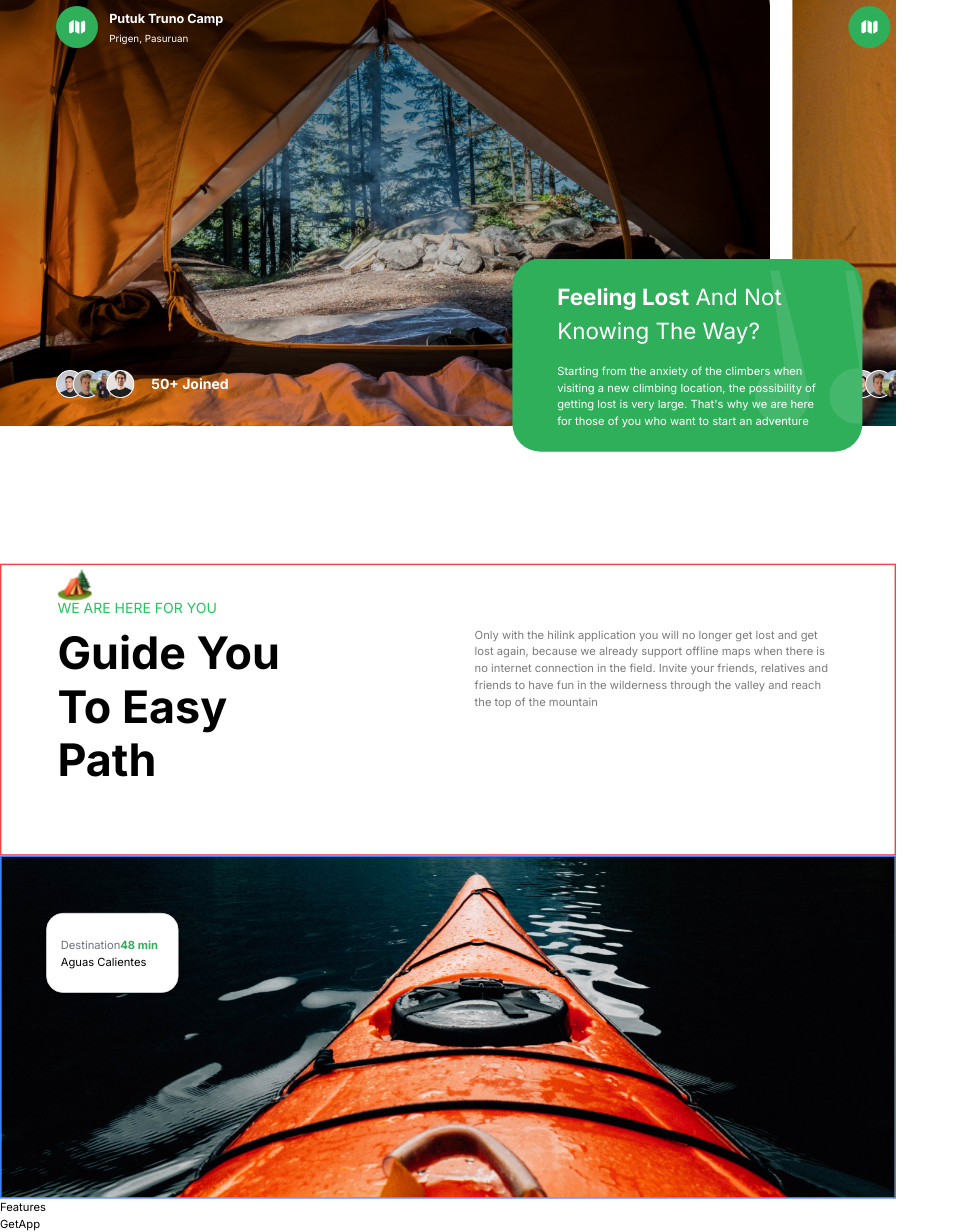
Repository: abdulrahmanmahmood/Travel-App
Page: /
The author's editor kept a copy of each file at every save. The page is drawn from the files as they stood at one save, then again after a run of saves.
The browser window is 1280 px wide. The page is 1392 px wide, so the pictures cover 1392 px, including what lies to the right of the window. The pictures show the part of the page from y = 966 to 2726 px (the page is 2726 px tall), at 70% of full size.
The project was rebuilt for these pictures with package versions that can differ from the ones it lists, and the page was loaded fresh each time. The framework's server and built-in components were replaced by stand-ins that run in the browser. Also part of the build but not shown: next.config.js.

Above is the page before, as saved 2023-11-08 11:10:32.

### app/layout.tsx
import './globals.css'
import type { Metadata } from 'next';
import './globals.css'
import Navbar from '@/components/Navbar';


export const metadata: Metadata = {
  title: 'Travel',
  description: 'Travel UI/UX App for camping',
}

export default function RootLayout({
  children,
}: {
  children: React.ReactNode
}) {
  return (
    <html lang="en">
      <body >
        <Navbar/>
        {children}
      </body>
    </html>
  )
}

### app/page.tsx
import Features from "@/components/Features"
import GetApp from "@/components/GetApp"
import Guide from "@/components/Guide"
import Hero from "@/components/Hero"
import Camp from "@/components/camp"

export default function Home() {
  return (
    <>
    <Hero/>
    <Camp/>
    <Guide/>
    <Features/>
    <GetApp/>
 </>
  )
}

### components/Navbar.tsx
import { NAV_LINKS } from "@/constants";
import Image from "next/image";
import Link from "next/link";
import Button from "./Button";

const Navbar = () => {
  return (
    <nav
      className=" flexBetween max-container padding-container relative z-30
    py-5"
    >
      <Link href="/">
        <Image src="/hilink-logo.svg" alt="logo" width={74} height={28} />
      </Link>
      <ul className="hidden h-full gap-12 lg:flex">
        {NAV_LINKS.map((link) => (
          <Link
            href={link.href}
            key={link.key}
            className="regular-16 text-gray-50 flexCenter cursor-pointer pb-1.5 transition-all hover:font-bold"
          >
            {link.label}
          </Link>
        ))}
      </ul>
      <div className="lg:flexCenter  hidden ">
        <Button
          type="button"
          title="Login"
          icon="/user.svg"
          variant="btn_dark_green"
        />
      </div>
      <Image
        src="/menu.svg"
        alt="menu"
        width={32}
        height={32}
        className="inline-block cursor-pointer lg:hidden"
      />
    </nav>
  );
};

export default Navbar;

### components/Features.tsx


function Features() {
  return (
    <div>Features</div>
  )
}

export default Features

### components/GetApp.tsx


function GetApp() {
  return (
    <div>GetApp</div>
  )
}

export default GetApp

### components/Guide.tsx
import Image from "next/image";

function Guide() {
  return (
    <section className="flexCenter flex-col">
      <div className="border-2 border-red-500 padding-container max-container w-full pb-24  ">
        <Image src="/camp.svg" alt="camp" width={50} height={50} />
        <p className="uppercase text-xl bold text-green-500 -mt-1 mb-3 ">
          WE ARE here FOR YOU
        </p>
        <div className="flex flex-wrap justify-between gap-5 lg:gap-10">
          <h2 className="capitalize  bold-40 lg:bold-64 xl:max-w-[390px]">
            Guide You to Easy Path
          </h2>
          <p className=" regular-16 text-gray-30 xl:max-w-[520px]">
            Only with the hilink application you will no longer get lost and get
            lost again, because we already support offline maps when there is no
            internet connection in the field. Invite your friends, relatives and
            friends to have fun in the wilderness through the valley and reach
            the top of the mountain
          </p>
        </div>
      </div>
      <div className=" flexCenter max-container relative w-full border-2 border-blue-500 ">
        <Image
          src="/boat.png"
          alt="image"
          width={1440}
          height={580}
          className="w-full object-cover object-center 2xl:rounded-5"
        />
        <div className="absolute flex bg-white py-8 pl-5 pr-7 gap-3 rounded-3xl border shadow-md md:left-[5%] lg:top-20">
          <div className="flexBetween flex-col ">
            <div className="flex w-full flex-col">
              <div className="flexBetween w-full ">
                <p className="regular-16 text-gray-500">Destination</p>
                <p className="bold-16 text-green-50">48 min</p>
              </div>
              <p className="">Aguas Calientes</p>
            </div>
          </div>
        </div>
      </div>
    </section>
  );
}

export default Guide;

### components/Hero.tsx
import Image from "next/image";
import Button from "./Button";

function Hero() {
  return (
    <section
      className="max-container padding-container flex flex-col gap-20
    py-10 pb-32 md:gap-27 lg:py-20  xl:flex-row"
    >
      <div className="hero-map" />
      {/* LEFT */}
      <div className="relative z-20 flex flex-1 flex-col xl:w-1/2">
        <Image
          src="/camp.svg"
          alt="camp"
          width={50}
          height={50}
          className="absolute left-[-5px] top-[-30px] w-10 lg:w-[50px]"
        />
        <h1 className="bold-52 lg:bold-88">Putuk Truno Camp Area</h1>
        <p className="regular-16 mt-6 text-gray-30 xl:max-w-[520px]">
          We want to be on each of your journeys seeking the satisfaction of
          seeing the incorruptible beauty of nature. We can help you on an
          adventure around the world in just one app
        </p>
        <div className="my-11 flex flex-wrap gap-5">
          <div className="flex items-center gap-2">
            {Array(5)
              .fill(1)
              .map((_, index) => (
                <Image
                  key={index}
                  src="/star.svg"
                  alt="star"
                  width={24}
                  height={24}
                />
              ))}
          </div>
          <p className="bold-16 lg:bold-20 text-blue-70">
            198k
            <span className="regular-16 lg:regular-20 ml-1 ">
              Excellent Reviews
            </span>
          </p>
        </div>
        <div className="flex flex-col w-full gap-3 sm:flex-row">
          <Button
            type={"button"}
            title={"Download App"}
            variant={"btn_green"}
          />
          <Button
            type={"button"}
            title={"How we work?"}
            variant={"btn_white_text"}
            icon="/play.svg"
          />
        </div>
      </div>
      <div className="relative flex flex-1 items-start ">
        <div className="relative z-20 w-[268px] flex-col gap-8 rounded-3xl bg-green-90 px-7 py-8">


          <div className="fle flex-col">

            <div className="flexBetween">
              <p className="regular-16 text-gray-20">Location</p>
              <Image src="/close.svg" alt="close" width={24} height={24} />
            </div>
            <p className="bold-20 text-white">Aguas Calientes</p>


          </div>


          <div className="flexBetween  pt-4">
            <div className="flex flex-col">
              <p className="regular-16 block text-gray-20">Distance</p>
              <p className="bold-20 text-white">173.28 mi</p>
            </div>
            <div className="flex flex-col">
              <p className="regular-16 block text-gray-20">Elevation</p>
              <p className="bold-20 text-white">2.040 km</p>
            </div>
          </div>
        </div>
      </div>
    </section>
  );
}

export default Hero;

### components/camp.tsx
import { PEOPLE_URL } from "@/constants";
import Image from "next/image";
import { type } from "os";

interface CampProps {
  backgroundImage: string;
  title: string;
  subtitle: string;
  peoplejoined: string;
}

const CampSite = ({
  backgroundImage,
  title,
  subtitle,
  peoplejoined,
}: CampProps) => {
  return (
    <div
      className={`h-full w-full min-w-[1100px] ${backgroundImage} bg-cover bg-no-repeat lg:rounded-r-5xl 2xl:rounded-5xl `}
    >
      <div className="flex h-full flex-col items-start justify-between p-6 lg:px-20 lg:py-10 ">
        <div className=" flexCenter gap-4">
          <div className="rounded-full bg-green-50 p-4">
            <Image src="/folded-map.svg" alt="folded" height={28} width={28} />
          </div>
          <div className="flex flex-col gap-1">
            <h4 className="bold-18 text-white">{title}</h4>
            <p className="regular-14 text-white">{subtitle}</p>
          </div>
        </div>
        <div className="flexCenter gap-6 ">
          <span className="flex -space-x-4 overflow-hidden">
            {PEOPLE_URL.map((url, index) => (
              <Image
                src={url}
                key={index}
                height={53}
                width={53}
                alt="alt"
                className="inline-block h-10 w-10 r-4"
              />
            ))}
          </span>
          <p className="bold-16 md:bold-20 text-white">{peoplejoined}</p>
        </div>
      </div>
    </div>
  );
};

function camp() {
  return (
    <section className=" 2xl:max-container relative flex flex-col py-10 lg-mb-10 lg:py-20 xl:mb-20">
      <div className="hide-scrollbar flex h-[340px] w-full items-start justify-start gap-8 overflow-x-auto lg:h[400px] xl:h-[640px]">
        <CampSite
          backgroundImage="bg-bg-img-1"
          title="Putuk Truno Camp"
          subtitle="Prigen, Pasuruan"
          peoplejoined="50+ Joined"
        />
        <CampSite
          backgroundImage="bg-bg-img-2"
          title="Mountain View Camp"
          subtitle="Somewhere in the Wilderness"
          peoplejoined="50+ Joined"
        />
      </div>

      <div className=" flexEnd  mt-10 px-6 lg:-mt-60 lg:mr-6 ">
        <div
          className="bg-green-50 p-8 lg:max-w-[500px] xl:max-[734px]
        xl:rounded-5xl xl:px-16 px:py-20 relative w-full overflow-hidden rounded-3xl "
        >
          <h2 className="regular-24 md:regular-32 2xl:regular-64 text-white capitalize">
            <strong>Feeling Lost</strong> And Not Knowing The Way?
          </h2>
          <p className="regular-14 xl:regular-16 mt-5 text-white">
            Starting from the anxiety of the climbers when visiting a new
            climbing location, the possibility of getting lost is very large.
            That's why we are here for those of you who want to start an
            adventure
          </p>
          <Image src='/quote.svg'
          alt="camp-2"
          width={186}
          height={219}
          className="camp-quote"
          />
        </div>
      </div>
    </section>
  );
}

export default camp;

### constants/index.ts
export const NAV_LINKS = [
  {href:"/", key:"home", label:"home"},
  { href: '/', key: 'how_hilink_work', label: 'How Hilink Work?' },
  { href: '/', key: 'services', label: 'Services' },
  { href: '/', key: 'pricing ', label: 'Pricing ' },
  { href: '/', key: 'contact_us', label: 'Contact Us' },
]

export const PEOPLE_URL = [
  '/person-1.png',
  '/person-2.png',
  '/acpc-modified (1).png',
  '/person-4.png',
];

### components/Button.tsx
import Image from "next/image";

type ButtonProps = {
  type: "button" | "submit";
  title: string;
  icon?: string;
  variant: string;
};

function Button({ type, title, icon, variant }: ButtonProps) {
  return (
    <button
      type={type}
      className={`flexCenter gap-3 rounded-full border ${variant}`}
    >
      {icon && <Image src={icon} alt={title} width={24} height={24} />}
      <label className="bold-16 whitespace-nowrap">{title}</label>
    </button>
  );
}

export default Button;

Loaded but not shown: app/globals.css (common file); tailwind.config.ts (common file)

After the next 3 saves:
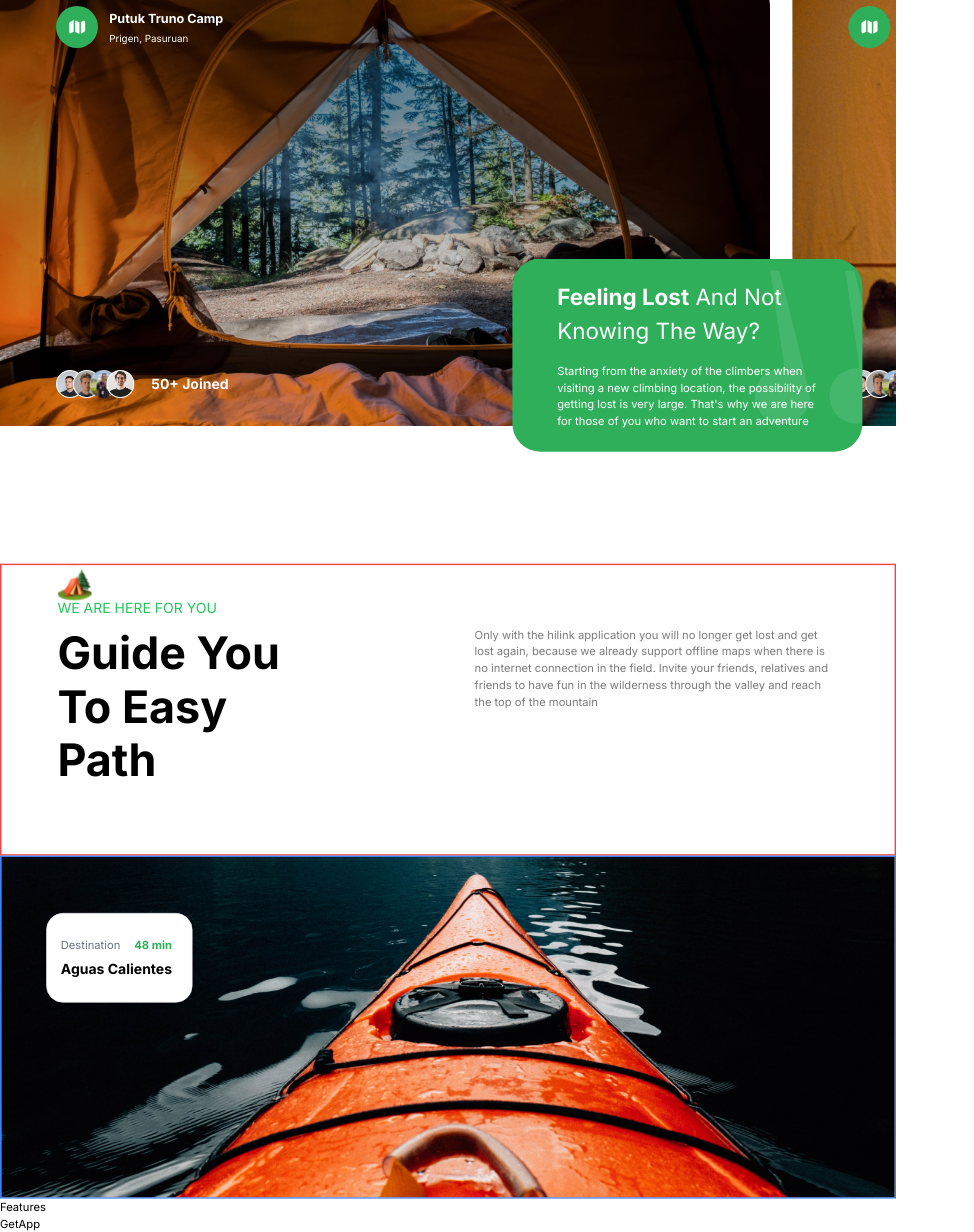
The 3 saves are shown as one change because they came seconds apart.
The last was saved 20 s later.
--- a/components/Guide.tsx
+++ b/components/Guide.tsx
@@ -36,7 +36,7 @@ function Guide() {
                 <p className="regular-16 text-gray-500">Destination</p>
                 <p className="bold-16 text-green-50">48 min</p>
               </div>
-              <p className="">Aguas Calientes</p>
+              <p className="bold-20 mt-2 ">Aguas Calientes</p>
             </div>
           </div>
         </div>
